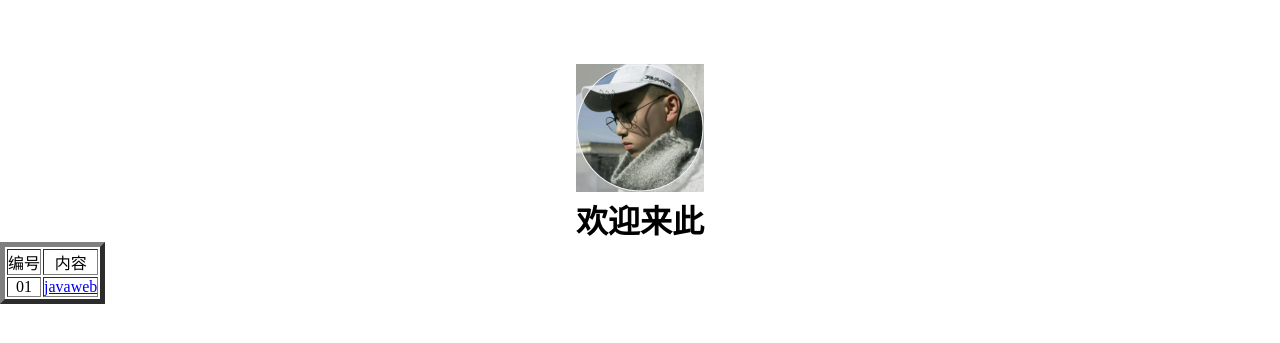
Repository: FengMo1314/JavaWeb
Page: http://localhost/JavaWeb_chen/
An editor plug-in stored every save of this project. The page is shown before and after the next save, followed by the edit.
The browser window is 1280 px wide. The pictures show the whole page.
The page is served by Tomcat 10. Other server files are loaded and not shown.

Above is the page before, as saved 2022-11-19 14:23:53.

### JavaWeb&chen/src/main/webapp/index.html
<!DOCTYPE html>
<html>
<head>
<meta charset="UTF-8">
<link rel="stylesheet" href="css/index/index.css">
<title>liuhe.com</title>
</head>
<body>
	<div class="box">
		<img alt="完了" src="imgs/index/index.png">
		<h1>欢迎来此</h1>
		<form action="">
			<table border=5% cellspacing=2% >
			<tr align="center">
			<td>编号</td>
			<td>内容</td>
			</tr>
			<tr align="center">
			<td>01</td>
			<td><a href="/lh.com">javaweb</a></td>
			</tr>
			</table>
		</form>
	</div>
</body>
</html>

### JavaWeb&chen/src/main/webapp/css/index/index.css
@charset "UTF-8";
*{
	margin: 0;
	padding: 0

}
.box{
	width: 100%;
	height: 100%;
}
img{
	width: 10%;
	height: 10%;
	margin: 5% 45% 0 45%;
}
h1{
	text-align: center;
}

After the next save:
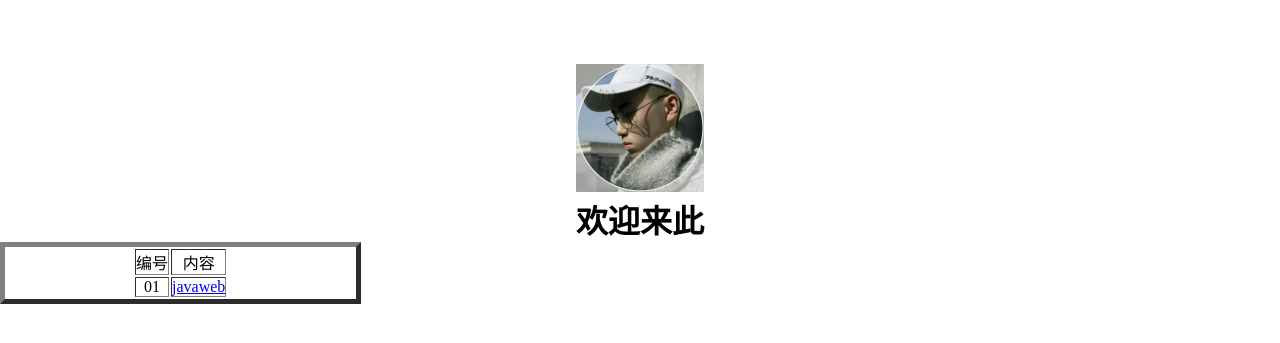
Saved 60 s later.
--- a/JavaWeb&chen/src/main/webapp/css/index/index.css
+++ b/JavaWeb&chen/src/main/webapp/css/index/index.css
@@ -16,3 +16,7 @@ img{
 h1{
 	text-align: center;
 }
+table {
+	height: 80%;
+	padding: 0 10% 0 10%;
+}
